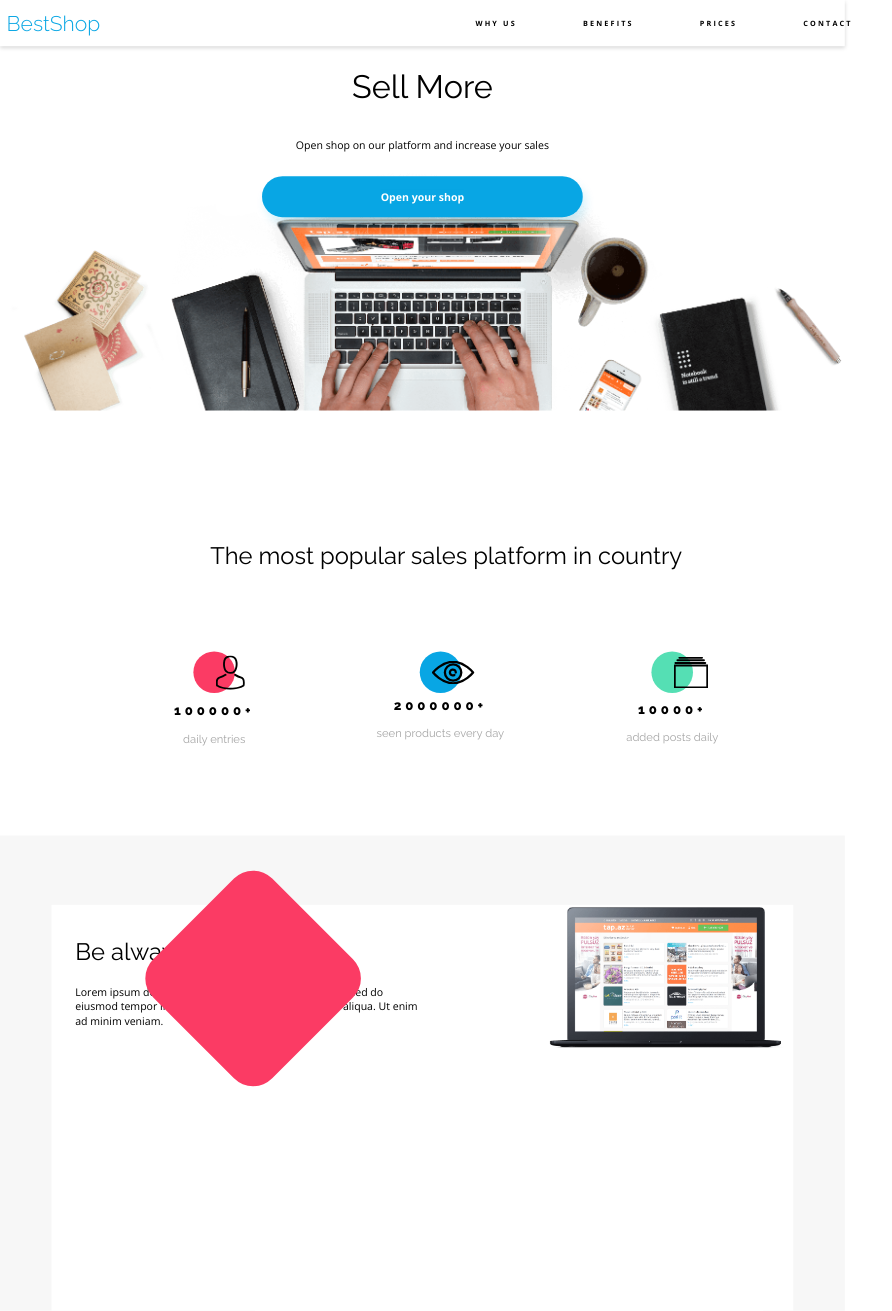
Repository: Widzisz/bestshop-website
Page: index.html
The author's editor kept a copy of each file at every save. The page is drawn from the files as they stood at one save, then again after the next save.
The browser window is 1280 px wide. The page is 1352 px wide, so the pictures cover 1352 px, including what lies to the right of the window. The pictures show the whole page, at 66% of full size.

Above is the page before, as saved 2021-03-19 21:05:15.

After the next save:
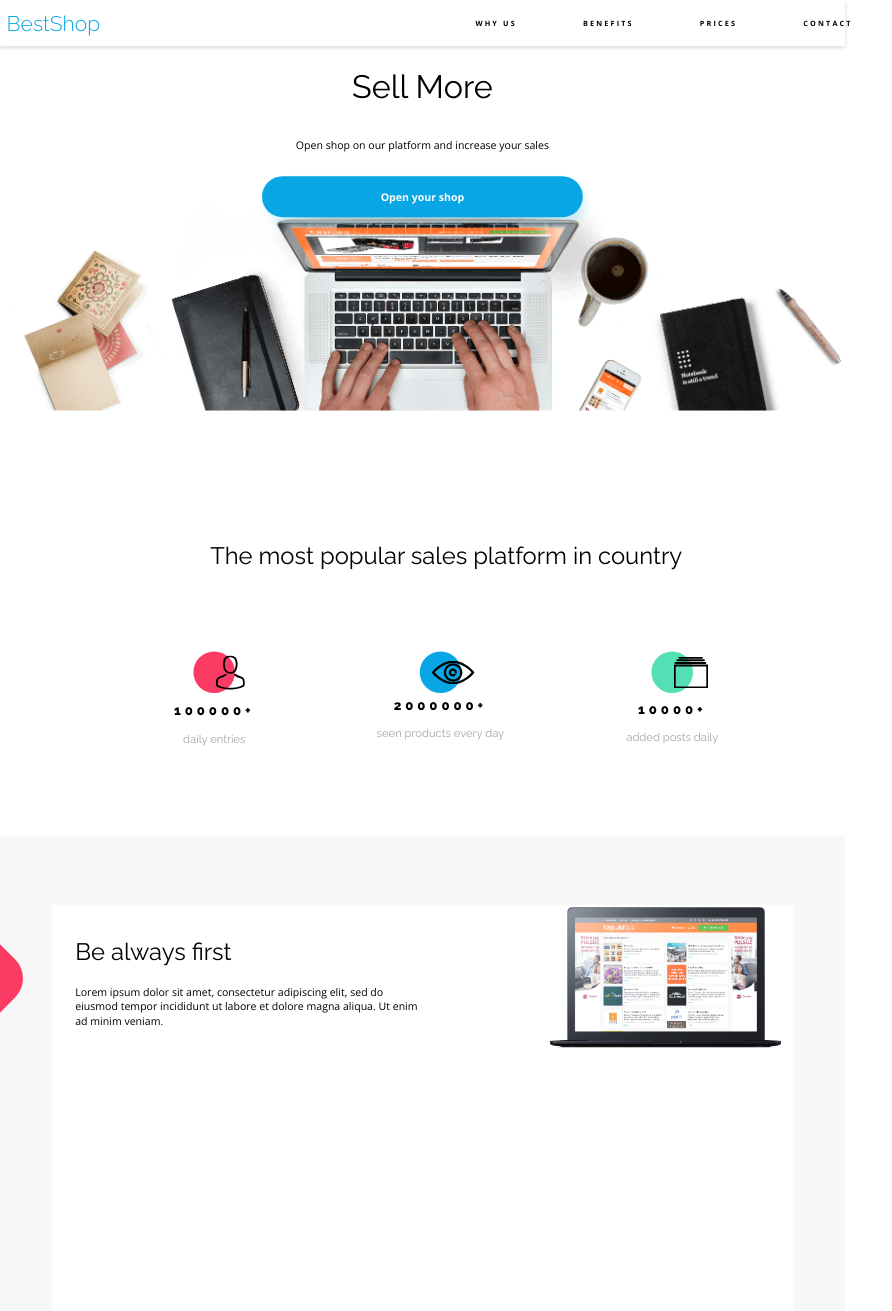
Saved 6 s later.
--- a/css/style.css
+++ b/css/style.css
@@ -297,7 +297,7 @@ body {
   border-radius: 41px;
   opacity: 1;
   transform: rotate(45deg);
-  position: absolute; left: 20%;
+  position: absolute; left: -20%;
   z-index: 0;
 }
 .text__rows {
